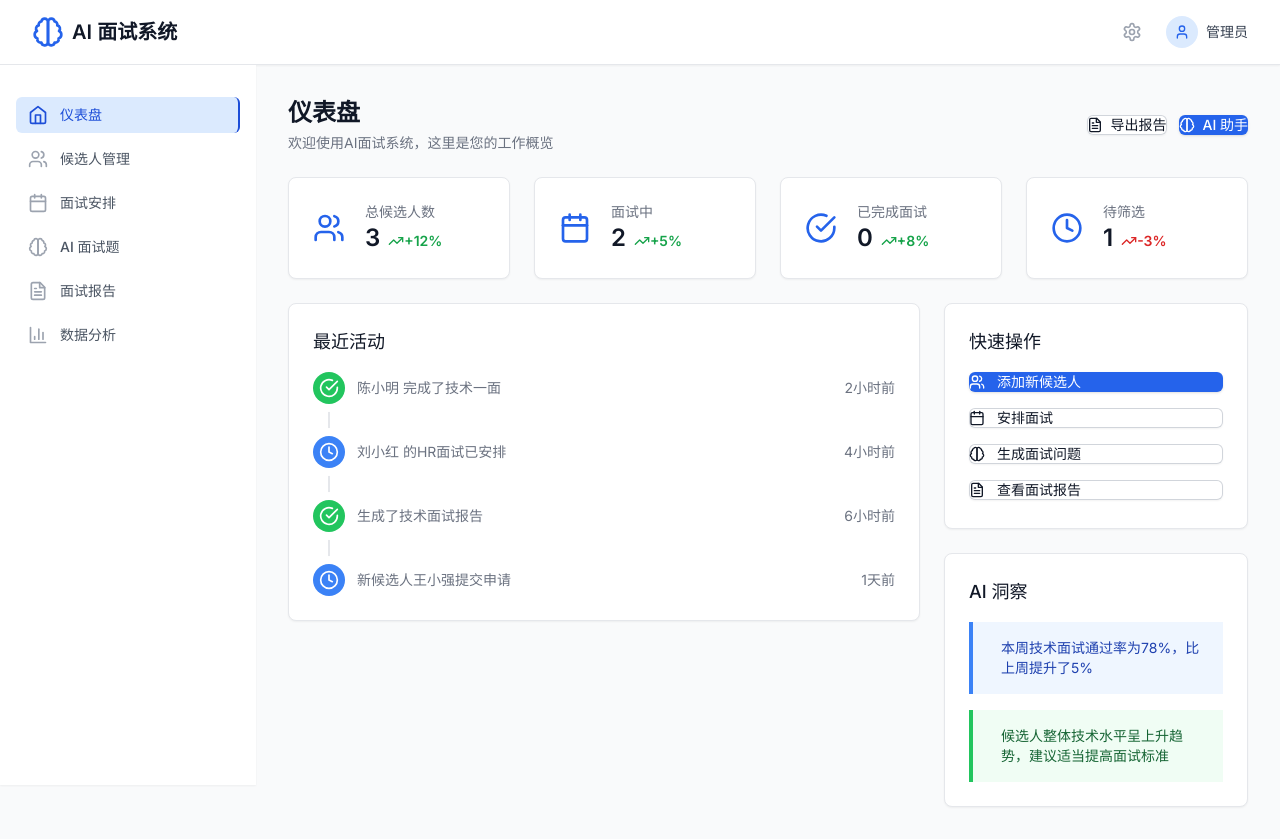
Repository: OisCircle/ai-day
Page: /
These files come from the project's save history. The page is drawn as it stood at one moment and after the next save; the edit follows.
The browser window is 1280 px wide. The pictures show the whole page.
The project was rebuilt for these pictures with package versions that can differ from the ones it lists, and the page was loaded fresh each time. Also part of the build but not shown: vite.config.ts, src/pages/AIInterviewQuestions.tsx, src/pages/CandidateManagement.tsx, src/pages/InterviewAnalysis.tsx, src/pages/InterviewConducting.tsx, src/pages/InterviewReports.tsx, src/pages/InterviewSchedule.tsx.

Above is the page before, as saved 2025-08-20 15:00:05.

### index.html
<!DOCTYPE html>
<html lang="zh-CN">
  <head>
    <meta charset="UTF-8" />
    <link rel="icon" type="image/svg+xml" href="/vite.svg" />
    <meta name="viewport" content="width=device-width, initial-scale=1.0" />
    <title>AI 面试系统</title>
    <link rel="preconnect" href="https://fonts.googleapis.com" />
    <link rel="preconnect" href="https://fonts.gstatic.com" crossorigin />
    <link
      href="https://fonts.googleapis.com/css2?family=Inter:wght@400;500;600;700&display=swap"
      rel="stylesheet"
    />
  </head>
  <body>
    <div id="root"></div>
    <script type="module" src="/src/main.tsx"></script>
  </body>
</html>

### src/App.tsx
import { Navigate, Route, Routes } from "react-router-dom";
import Layout from "./components/Layout";
import AIInterviewQuestions from "./pages/AIInterviewQuestions";
import CandidateManagement from "./pages/CandidateManagement";
import Dashboard from "./pages/Dashboard";
import InterviewAnalysis from "./pages/InterviewAnalysis";
import InterviewConducting from "./pages/InterviewConducting";
import InterviewReports from "./pages/InterviewReports";
import InterviewSchedule from "./pages/InterviewSchedule";

function App() {
  return (
    <Layout>
      <Routes>
        <Route path="/" element={<Navigate to="/dashboard" replace />} />
        <Route path="/dashboard" element={<Dashboard />} />
        <Route path="/candidates" element={<CandidateManagement />} />
        <Route path="/interviews" element={<InterviewSchedule />} />
        <Route path="/interview/:id" element={<InterviewConducting />} />
        <Route path="/ai-questions" element={<AIInterviewQuestions />} />
        <Route path="/reports" element={<InterviewReports />} />
        <Route path="/analysis" element={<InterviewAnalysis />} />
      </Routes>
    </Layout>
  );
}

export default App;

### src/index.css
@tailwind base;
@tailwind components;
@tailwind utilities;

@layer base {
  * {
    @apply border-gray-200;
  }
  body {
    @apply bg-gray-50 text-gray-900 font-sans;
  }
}

@layer components {
  .btn {
    @apply inline-flex items-center justify-center rounded-md text-sm font-medium transition-colors focus-visible:outline-none focus-visible:ring-1 focus-visible:ring-primary-500 disabled:pointer-events-none disabled:opacity-50;
  }

  .btn-primary {
    @apply btn bg-primary-600 text-white shadow hover:bg-primary-700;
  }

  .btn-secondary {
    @apply btn bg-white text-gray-900 shadow-sm ring-1 ring-inset ring-gray-300 hover:bg-gray-50;
  }

  .btn-danger {
    @apply btn bg-red-600 text-white shadow hover:bg-red-700;
  }

  .card {
    @apply bg-white shadow-sm border border-gray-200 rounded-lg;
  }

  .input {
    @apply block w-full rounded-md border-gray-300 shadow-sm focus:border-primary-500 focus:ring-primary-500 sm:text-sm;
  }

  .textarea {
    @apply block w-full rounded-md border-gray-300 shadow-sm focus:border-primary-500 focus:ring-primary-500 sm:text-sm;
  }

  .select {
    @apply block w-full rounded-md border-gray-300 shadow-sm focus:border-primary-500 focus:ring-primary-500 sm:text-sm;
  }

  .badge {
    @apply inline-flex items-center rounded-full px-2 py-1 text-xs font-medium;
  }

  .badge-primary {
    @apply badge bg-primary-100 text-primary-800;
  }

  .badge-success {
    @apply badge bg-green-100 text-green-800;
  }

  .badge-warning {
    @apply badge bg-yellow-100 text-yellow-800;
  }

  .badge-danger {
    @apply badge bg-red-100 text-red-800;
  }

  .badge-gray {
    @apply badge bg-gray-100 text-gray-800;
  }
}

### src/components/Layout.tsx
import {
  BarChart3,
  Brain,
  Calendar,
  FileText,
  Home,
  Settings,
  User,
  Users,
} from "lucide-react";
import React, { ReactNode } from "react";
import { Link, useLocation } from "react-router-dom";

interface LayoutProps {
  children: ReactNode;
}

const Layout: React.FC<LayoutProps> = ({ children }) => {
  const location = useLocation();

  const navigation = [
    { name: "仪表盘", href: "/dashboard", icon: Home },
    { name: "候选人管理", href: "/candidates", icon: Users },
    { name: "面试安排", href: "/interviews", icon: Calendar },
    { name: "AI 面试题", href: "/ai-questions", icon: Brain },
    { name: "面试报告", href: "/reports", icon: FileText },
    { name: "数据分析", href: "/analysis", icon: BarChart3 },
  ];

  const isActive = (path: string) => location.pathname === path;

  return (
    <div className="min-h-screen bg-gray-50">
      {/* 顶部导航栏 */}
      <nav className="bg-white shadow-sm border-b border-gray-200">
        <div className="max-w-7xl mx-auto px-4 sm:px-6 lg:px-8">
          <div className="flex justify-between h-16">
            <div className="flex items-center">
              <div className="flex-shrink-0 flex items-center">
                <Brain className="h-8 w-8 text-primary-600" />
                <span className="ml-2 text-xl font-semibold text-gray-900">
                  AI 面试系统
                </span>
              </div>
            </div>

            <div className="flex items-center space-x-4">
              <button className="p-2 rounded-full text-gray-400 hover:text-gray-500">
                <Settings className="h-5 w-5" />
              </button>
              <div className="flex items-center space-x-2">
                <div className="w-8 h-8 bg-primary-100 rounded-full flex items-center justify-center">
                  <User className="h-4 w-4 text-primary-600" />
                </div>
                <span className="text-sm font-medium text-gray-700">
                  管理员
                </span>
              </div>
            </div>
          </div>
        </div>
      </nav>

      <div className="flex">
        {/* 侧边导航栏 */}
        <div className="w-64 bg-white shadow-sm h-screen sticky top-0">
          <nav className="mt-8 px-4">
            <ul className="space-y-2">
              {navigation.map((item) => {
                const Icon = item.icon;
                return (
                  <li key={item.name}>
                    <Link
                      to={item.href}
                      className={`group flex items-center px-3 py-2 text-sm font-medium rounded-md ${
                        isActive(item.href)
                          ? "bg-primary-100 text-primary-700 border-r-2 border-primary-700"
                          : "text-gray-600 hover:text-gray-900 hover:bg-gray-50"
                      }`}
                    >
                      <Icon
                        className={`mr-3 h-5 w-5 ${
                          isActive(item.href)
                            ? "text-primary-700"
                            : "text-gray-400"
                        }`}
                      />
                      {item.name}
                    </Link>
                  </li>
                );
              })}
            </ul>
          </nav>
        </div>

        {/* 主内容区域 */}
        <main className="flex-1 overflow-y-auto">
          <div className="p-8">{children}</div>
        </main>
      </div>
    </div>
  );
};

export default Layout;

### src/pages/Dashboard.tsx
import {
  Activity,
  AlertTriangle,
  BarChart3,
  Brain,
  Calendar,
  CheckCircle,
  Clock,
  FileText,
  Lightbulb,
  MessageSquare,
  PieChart,
  Sparkles,
  Target,
  TrendingDown,
  TrendingUp,
  Users,
  Zap,
} from "lucide-react";
import React, { useEffect, useState } from "react";
import candidatesData from "../data/candidates.json";
import interviewRoundsData from "../data/interviewRounds.json";
import { Candidate, InterviewRound } from "../types";

interface StatCard {
  title: string;
  value: string;
  change: string;
  icon: React.ComponentType<{ className?: string }>;
  changeType: "positive" | "negative" | "neutral";
}

// AI分析结果接口
interface AIInsight {
  id: string;
  type: "prediction" | "recommendation" | "alert" | "trend";
  title: string;
  description: string;
  confidence: number;
  priority: "high" | "medium" | "low";
  action?: string;
}

interface AIAnalytics {
  candidateQualityScore: number;
  averageInterviewTime: number;
  successPredictionAccuracy: number;
  topSkillsInDemand: string[];
  interviewBottlenecks: string[];
  predictedHiringSuccess: number;
}

const Dashboard: React.FC = () => {
  const [candidates, setCandidates] = useState<Candidate[]>([]);
  const [interviewRounds, setInterviewRounds] = useState<InterviewRound[]>([]);
  const [aiInsights, setAiInsights] = useState<AIInsight[]>([]);
  const [aiAnalytics, setAiAnalytics] = useState<AIAnalytics | null>(null);

  useEffect(() => {
    setCandidates(candidatesData as Candidate[]);
    setInterviewRounds(interviewRoundsData as InterviewRound[]);

    // 模拟AI分析数据
    generateAIInsights();
    generateAIAnalytics();
  }, []);

  // 生成AI洞察
  const generateAIInsights = () => {
    const insights: AIInsight[] = [
      {
        id: "ai1",
        type: "prediction",
        title: "招聘成功率预测",
        description: "基于当前面试数据，本月成功招聘概率为85%，比上月提升12%",
        confidence: 92,
        priority: "high",
        action: "建议重点关注技术面试质量"
      },
      {
        id: "ai2",
        type: "recommendation",
        title: "候选人匹配优化",
        description: "发现3位高匹配度候选人，建议优先安排面试",
        confidence: 88,
        priority: "medium",
        action: "查看推荐候选人列表"
      },
      {
        id: "ai3",
        type: "alert",
        title: "面试流程瓶颈",
        description: "技术面试环节平均用时超标25%，可能影响候选人体验",
        confidence: 95,
        priority: "high",
        action: "优化面试流程"
      },
      {
        id: "ai4",
        type: "trend",
        title: "技能需求趋势",
        description: "React、TypeScript需求量上升40%，建议调整招聘策略",
        confidence: 87,
        priority: "medium"
      }
    ];
    setAiInsights(insights);
  };

  // 生成AI分析数据
  const generateAIAnalytics = () => {
    const analytics: AIAnalytics = {
      candidateQualityScore: 7.8,
      averageInterviewTime: 65,
      successPredictionAccuracy: 89,
      topSkillsInDemand: ["React", "TypeScript", "Node.js", "Python", "Golang"],
      interviewBottlenecks: ["技术面试时间过长", "候选人反馈不及时", "面试官档期冲突"],
      predictedHiringSuccess: 85
    };
    setAiAnalytics(analytics);
  };

  // 统计数据计算
  const totalCandidates = candidates.length;
  const interviewingCandidates = candidates.filter(
    (c) => c.status === "interviewing"
  ).length;
  const completedInterviews = candidates.filter(
    (c) => c.status === "completed"
  ).length;
  const pendingScreening = candidates.filter(
    (c) => c.status === "screening"
  ).length;

  // AI驱动的高级统计
  const calculateAdvancedMetrics = () => {
    const completedRounds = interviewRounds.filter(r => r.status === "completed");
    const averageScore = completedRounds.reduce((acc, round) =>
      acc + (round.evaluation?.overallScore || 0), 0) / completedRounds.length || 0;

    const passRate = completedRounds.filter(r =>
      r.recommendation === "pass").length / completedRounds.length * 100 || 0;

    return {
      averageScore: averageScore.toFixed(1),
      passRate: passRate.toFixed(0),
      totalInterviews: completedRounds.length
    };
  };

  const metrics = calculateAdvancedMetrics();

  const stats: StatCard[] = [
    {
      title: "总候选人数",
      value: totalCandidates.toString(),
      change: "+12%",
      icon: Users,
      changeType: "positive",
    },
    {
      title: "面试中",
      value: interviewingCandidates.toString(),
      change: "+5%",
      icon: Calendar,
      changeType: "positive",
    },
    {
      title: "已完成面试",
      value: completedInterviews.toString(),
      change: "+8%",
      icon: CheckCircle,
      changeType: "positive",
    },
    {
      title: "待筛选",
      value: pendingScreening.toString(),
      change: "-3%",
      icon: Clock,
      changeType: "negative",
    },
  ];

  const recentActivities = [
    {
      id: "1",
      type: "interview_completed",
      message: "陈小明 完成了技术一面",
      time: "2小时前",
      status: "success",
    },
    {
      id: "2",
      type: "interview_scheduled",
      message: "刘小红 的HR面试已安排",
      time: "4小时前",
      status: "info",
    },
    {
      id: "3",
      type: "report_generated",
      message: "生成了技术面试报告",
      time: "6小时前",
      status: "success",
    },
    {
      id: "4",
      type: "candidate_applied",
      message: "新候选人王小强提交申请",
      time: "1天前",
      status: "info",
    },
  ];

  return (
    <div className="space-y-6">
      {/* 页面标题 */}
      <div className="flex items-center justify-between">
        <div>
          <h1 className="text-2xl font-bold text-gray-900">仪表盘</h1>
          <p className="mt-1 text-sm text-gray-500">
            欢迎使用AI面试系统，这里是您的工作概览
          </p>
        </div>
        <div className="flex items-center space-x-3">
          <button className="btn btn-secondary">
            <FileText className="h-4 w-4 mr-2" />
            导出报告
          </button>
          <button className="btn btn-primary">
            <Brain className="h-4 w-4 mr-2" />
            AI 助手
          </button>
        </div>
      </div>

      {/* 统计卡片 */}
      <div className="grid grid-cols-1 md:grid-cols-2 lg:grid-cols-4 gap-6">
        {stats.map((stat, index) => {
          const Icon = stat.icon;
          return (
            <div key={index} className="card p-6">
              <div className="flex items-center">
                <div className="flex-shrink-0">
                  <Icon className="h-8 w-8 text-primary-600" />
                </div>
                <div className="ml-5 w-0 flex-1">
                  <dl>
                    <dt className="text-sm font-medium text-gray-500 truncate">
                      {stat.title}
                    </dt>
                    <dd className="flex items-baseline">
                      <div className="text-2xl font-semibold text-gray-900">
                        {stat.value}
                      </div>
                      <div
                        className={`ml-2 flex items-baseline text-sm font-semibold ${
                          stat.changeType === "positive"
                            ? "text-green-600"
                            : stat.changeType === "negative"
                            ? "text-red-600"
                            : "text-gray-500"
                        }`}
                      >
                        <TrendingUp className="self-center flex-shrink-0 h-4 w-4" />
                        <span className="sr-only">
                          {stat.changeType === "positive" ? "增长" : "下降"}
                        </span>
                        {stat.change}
                      </div>
                    </dd>
                  </dl>
                </div>
              </div>
            </div>
          );
        })}
      </div>

      <div className="grid grid-cols-1 lg:grid-cols-3 gap-6">
        {/* 最近活动 */}
        <div className="lg:col-span-2">
          <div className="card">
            <div className="p-6">
              <h3 className="text-lg font-medium text-gray-900 mb-4">
                最近活动
              </h3>
              <div className="flow-root">
                <ul className="-mb-8">
                  {recentActivities.map((activity, activityIdx) => (
                    <li key={activity.id}>
                      <div className="relative pb-8">
                        {activityIdx !== recentActivities.length - 1 ? (
                          <span
                            className="absolute top-4 left-4 -ml-px h-full w-0.5 bg-gray-200"
                            aria-hidden="true"
                          />
                        ) : null}
                        <div className="relative flex space-x-3">
                          <div>
                            <span
                              className={`h-8 w-8 rounded-full flex items-center justify-center ring-8 ring-white ${
                                activity.status === "success"
                                  ? "bg-green-500"
                                  : "bg-blue-500"
                              }`}
                            >
                              {activity.status === "success" ? (
                                <CheckCircle className="h-5 w-5 text-white" />
                              ) : (
                                <Clock className="h-5 w-5 text-white" />
                              )}
                            </span>
                          </div>
                          <div className="min-w-0 flex-1 pt-1.5 flex justify-between space-x-4">
                            <div>
                              <p className="text-sm text-gray-500">
                                {activity.message}
                              </p>
                            </div>
                            <div className="text-right text-sm whitespace-nowrap text-gray-500">
                              {activity.time}
                            </div>
                          </div>
                        </div>
                      </div>
                    </li>
                  ))}
                </ul>
              </div>
            </div>
          </div>
        </div>

        {/* 快速操作 */}
        <div className="space-y-6">
          <div className="card p-6">
            <h3 className="text-lg font-medium text-gray-900 mb-4">快速操作</h3>
            <div className="space-y-3">
              <button className="w-full btn btn-primary justify-start">
                <Users className="h-4 w-4 mr-3" />
                添加新候选人
              </button>
              <button className="w-full btn btn-secondary justify-start">
                <Calendar className="h-4 w-4 mr-3" />
                安排面试
              </button>
              <button className="w-full btn btn-secondary justify-start">
                <Brain className="h-4 w-4 mr-3" />
                生成面试问题
              </button>
              <button className="w-full btn btn-secondary justify-start">
                <FileText className="h-4 w-4 mr-3" />
                查看面试报告
              </button>
            </div>
          </div>

          <div className="card p-6">
            <h3 className="text-lg font-medium text-gray-900 mb-4">AI 洞察</h3>
            <div className="space-y-4">
              <div className="border-l-4 border-blue-500 bg-blue-50 p-4">
                <div className="flex">
                  <div className="ml-3">
                    <p className="text-sm text-blue-800">
                      本周技术面试通过率为78%，比上周提升了5%
                    </p>
                  </div>
                </div>
              </div>
              <div className="border-l-4 border-green-500 bg-green-50 p-4">
                <div className="flex">
                  <div className="ml-3">
                    <p className="text-sm text-green-800">
                      候选人整体技术水平呈上升趋势，建议适当提高面试标准
                    </p>
                  </div>
                </div>
              </div>
            </div>
          </div>
        </div>
      </div>
    </div>
  );
};

export default Dashboard;

### tailwind.config.js
/** @type {import('tailwindcss').Config} */
export default {
  content: ["./index.html", "./src/**/*.{js,ts,jsx,tsx}"],
  theme: {
    extend: {
      colors: {
        primary: {
          50: "#eff6ff",
          100: "#dbeafe",
          200: "#bfdbfe",
          300: "#93c5fd",
          400: "#60a5fa",
          500: "#3b82f6",
          600: "#2563eb",
          700: "#1d4ed8",
          800: "#1e40af",
          900: "#1e3a8a",
        },
      },
      fontFamily: {
        sans: ["Inter", "ui-sans-serif", "system-ui"],
      },
    },
  },
  plugins: [],
};

Loaded but not shown: src/main.tsx (common file); src/data/candidates.json (277 lines, source omitted); src/data/interviewRounds.json (126 lines, source omitted)

After the next save:
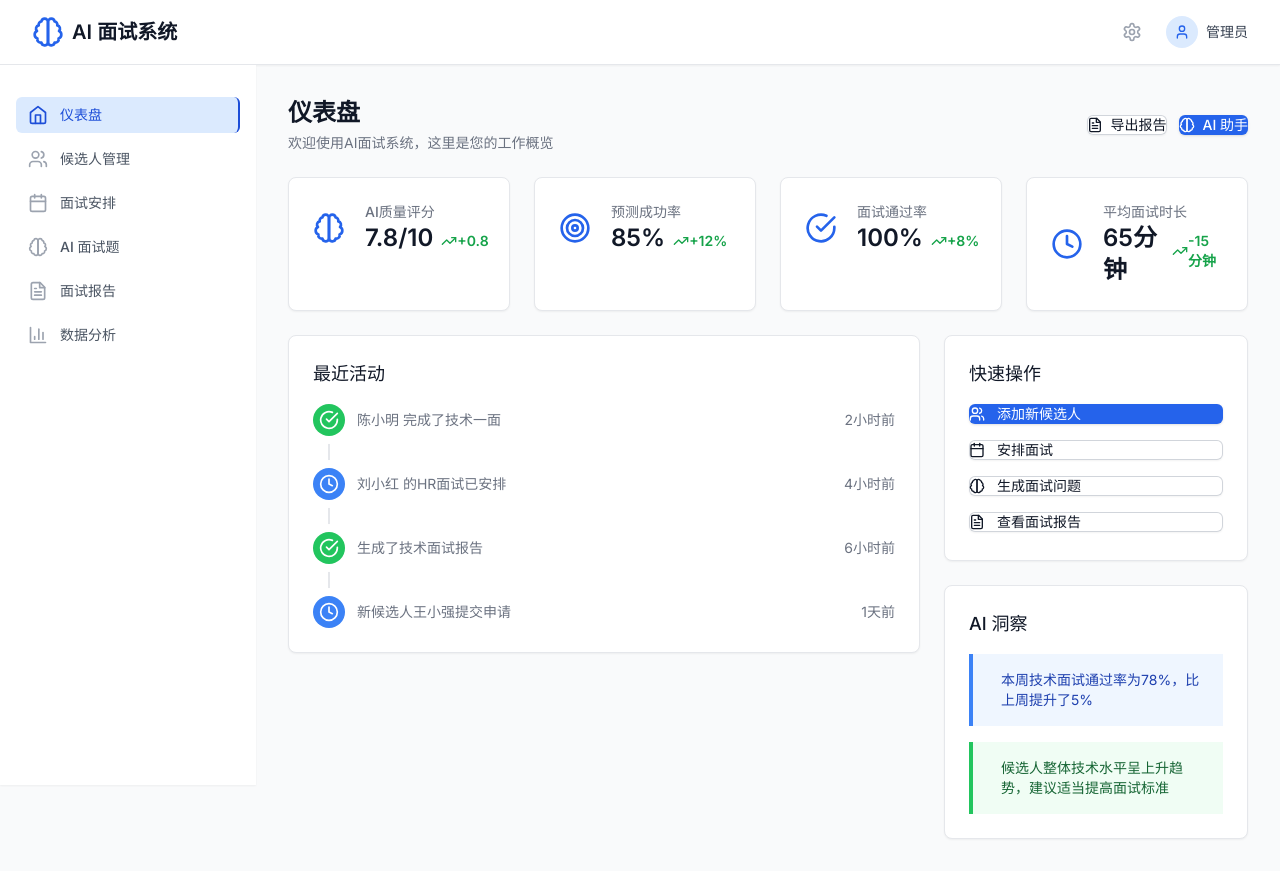
Saved 10 s later.
--- a/src/pages/Dashboard.tsx
+++ b/src/pages/Dashboard.tsx
@@ -152,32 +152,32 @@ const Dashboard: React.FC = () => {
 
   const stats: StatCard[] = [
     {
-      title: "总候选人数",
-      value: totalCandidates.toString(),
+      title: "AI质量评分",
+      value: `${aiAnalytics?.candidateQualityScore.toFixed(1) || "7.8"}/10`,
+      change: "+0.8",
+      icon: Brain,
+      changeType: "positive",
+    },
+    {
+      title: "预测成功率",
+      value: `${aiAnalytics?.predictedHiringSuccess || 85}%`,
       change: "+12%",
-      icon: Users,
+      icon: Target,
       changeType: "positive",
     },
     {
-      title: "面试中",
-      value: interviewingCandidates.toString(),
-      change: "+5%",
-      icon: Calendar,
-      changeType: "positive",
-    },
-    {
-      title: "已完成面试",
-      value: completedInterviews.toString(),
+      title: "面试通过率",
+      value: `${metrics.passRate}%`,
       change: "+8%",
       icon: CheckCircle,
       changeType: "positive",
     },
     {
-      title: "待筛选",
-      value: pendingScreening.toString(),
-      change: "-3%",
+      title: "平均面试时长",
+      value: `${aiAnalytics?.averageInterviewTime || 65}分钟`,
+      change: "-15分钟",
       icon: Clock,
-      changeType: "negative",
+      changeType: "positive",
     },
   ];
 
